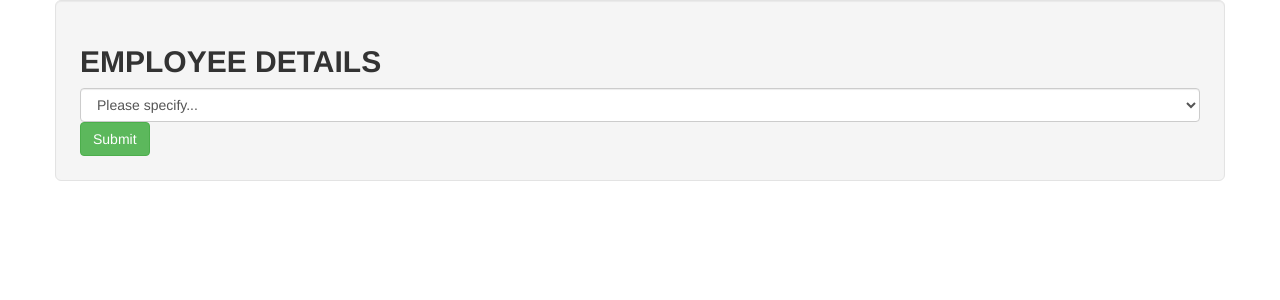
Repository: royakash07/FirstWebApplication
Page: http://localhost/SampleWebApplication/Details.jsp
An editor plug-in stored every save of this project. The page is shown before and after the next save, followed by the edit.
The browser window is 1280 px wide. The pictures show the whole page.
Some web libraries are served in a nearby version. The page is served by Tomcat 9. Other server files are loaded and not shown.

Above is the page before, as saved 2017-11-30 18:32:53.
Console error: SyntaxError: Unexpected token 'else'

### SampleWebApplication/WebContent/Details.jsp
<%@ page language="java" contentType="text/html; charset=ISO-8859-1"
    pageEncoding="ISO-8859-1"%>
<!DOCTYPE html PUBLIC "-//W3C//DTD HTML 4.01 Transitional//EN" "http://www.w3.org/TR/html4/loose.dtd">
<html>
<head>
<meta http-equiv="Content-Type" content="text/html; charset=ISO-8859-1">
<title>Details</title>
  <meta name="viewport" content="width=device-width, initial-scale=1">
  <link rel="stylesheet" href="https://maxcdn.bootstrapcdn.com/bootstrap/3.3.7/css/bootstrap.min.css">
  <script src="https://ajax.googleapis.com/ajax/libs/jquery/3.2.1/jquery.min.js"></script>
  <script src="https://maxcdn.bootstrapcdn.com/bootstrap/3.3.7/js/bootstrap.min.js"></script>
<meta http-equiv="Content-Type" content="text/html; charset=ISO-8859-1">
</head>
<body>
<script type="text/javascript">
function showfield(name){
	  if(name=='byId')document.getElementById('div1').innerHTML='<input type="text" class="form-control" place name="other"placeholder="Employee Id" />';
	  if else(name=='byName')document.getElementById('div1').innerHTML='<input type="text" class="form-control" place name="other"placeholder="Employee Name" />';
	  else document.getElementById('div1').innerHTML='';
	}
</script>
<div class="container well well-lg">
<h2><strong>EMPLOYEE DETAILS</strong></h2>
<select class="form-control" name="empDetails" onchange="showfield(this.options[this.selectedIdex].value)">
<option selected="selected">Please specify...</option>
<option value="1">All Details</option>
<option value="byName">Detail By Name</option>
<option value="byId">Detail By Id</option>
</select>
<div id="div1">
</div>
<input type="submit"class="btn btn-success" value="Submit">
</div>
</body>
</html>

After the next save:
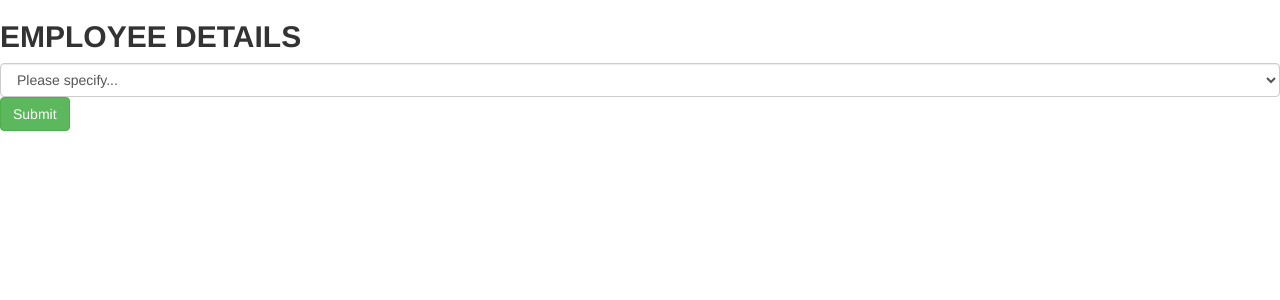
Saved 27 s later.
--- a/SampleWebApplication/WebContent/Details.jsp
+++ b/SampleWebApplication/WebContent/Details.jsp
@@ -19,7 +19,6 @@ function showfield(name){
 	  else document.getElementById('div1').innerHTML='';
 	}
 </script>
-<div class="container well well-lg">
 <h2><strong>EMPLOYEE DETAILS</strong></h2>
 <select class="form-control" name="empDetails" onchange="showfield(this.options[this.selectedIdex].value)">
 <option selected="selected">Please specify...</option>
